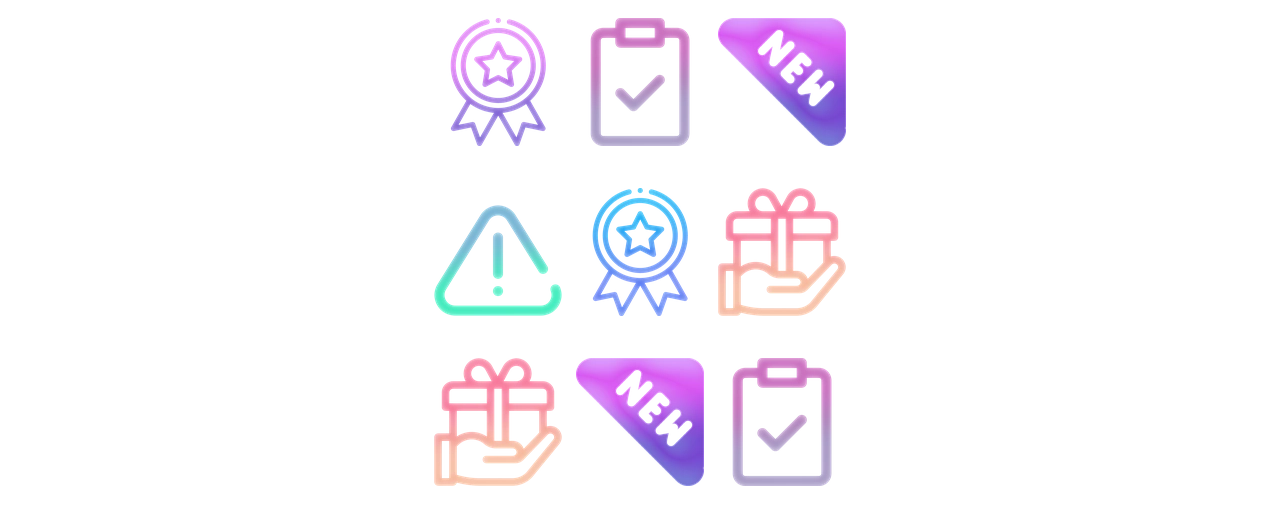
Repository: vichubenzene/-MWin_ui
Page: main.html
An editor plug-in stored every save of this project. The page is shown before and after the next save, followed by the edit.
The browser window is 1280 px wide. The pictures show the whole page.

Above is the page before, as saved 2022-10-10 11:24:19.

### main.html
<!DOCTYPE html>
<html>

<head>
    <style>
        .column {
            float: center;
            padding: 5px;
            min-width: "22vh";
            min-height: "22vh";
        }
        /* Clear floats after image containers */

        .row::after {
            content: "";
            float: center;
            clear: both;
            display: table;
        }
    </style>
</head>

<body>
    <div class="row" style=" text-align: center">
        <div class="column" style=" text-align: center">
            <img src="images/834538140450160661.png" alt="Snow" style="padding: 5px">
            <img src="images/834541394987057242.png" alt="Snow" style="padding: 5px">
            <img src="images/834535415628562442 (1).png" alt="Snow" style=" padding: 5px">
        </div>
    </div>
    <br>
    <div class="row" style=" text-align: center">
        <div class="column" style=" text-align: center">
            <img src="images/834541395074613248.png" alt="Snow" style="padding: 5px">
            <img src="images/834541395930251336.png" alt="Snow" style="padding: 5px">
            <img src="images/834541395749371916.png" alt="Snow" style="padding: 5px">

        </div>
    </div>
    <br>
    <div class="row" style=" text-align: center">
        <div class="column" style=" text-align: center">
            <img src="images/834541395749371916.png" alt="Snow" style="padding: 5px">
            <img src="images/834535415628562442 (1).png" alt="Snow" style="padding: 5px">
            <img src="images/834541394987057242.png" alt="Snow" style="padding: 5px">
        </div>
    </div>


</body>

</html>

After the next save:
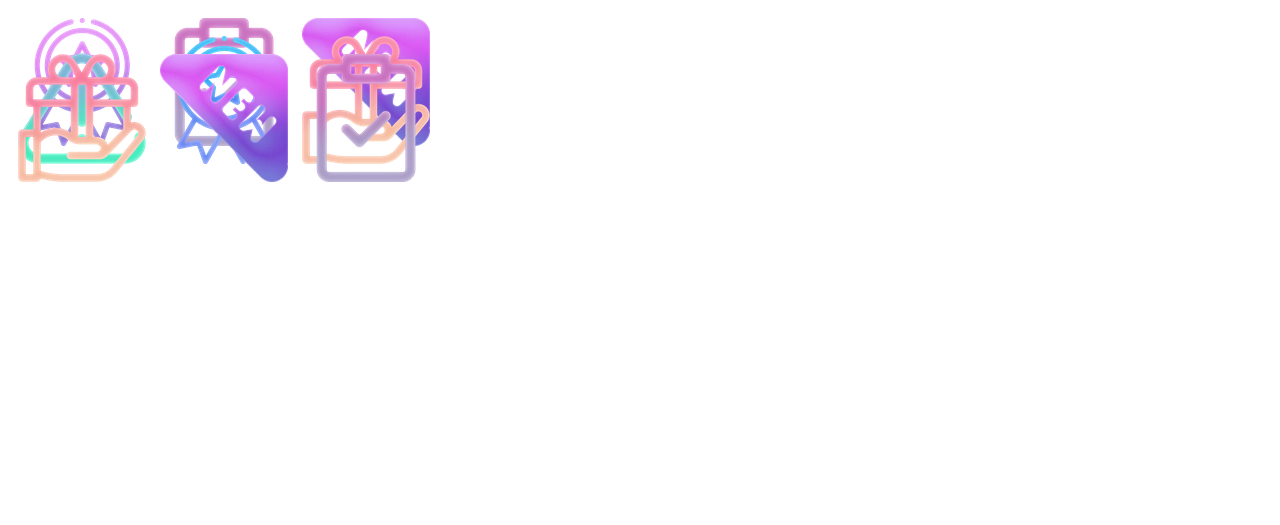
Saved 68 s later.
--- a/main.html
+++ b/main.html
@@ -21,7 +21,7 @@
 </head>
 
 <body>
-    <div class="row" style=" text-align: center">
+    <div class="row" style=" position: absolute;">
         <div class="column" style=" text-align: center">
             <img src="images/834538140450160661.png" alt="Snow" style="padding: 5px">
             <img src="images/834541394987057242.png" alt="Snow" style="padding: 5px">
@@ -29,7 +29,7 @@
         </div>
     </div>
     <br>
-    <div class="row" style=" text-align: center">
+    <div class="row" style=" position: absolute;">
         <div class="column" style=" text-align: center">
             <img src="images/834541395074613248.png" alt="Snow" style="padding: 5px">
             <img src="images/834541395930251336.png" alt="Snow" style="padding: 5px">
@@ -38,7 +38,7 @@
         </div>
     </div>
     <br>
-    <div class="row" style=" text-align: center">
+    <div class="row" style="position: absolute;">
         <div class="column" style=" text-align: center">
             <img src="images/834541395749371916.png" alt="Snow" style="padding: 5px">
             <img src="images/834535415628562442 (1).png" alt="Snow" style="padding: 5px">

After the 2 saves that followed:
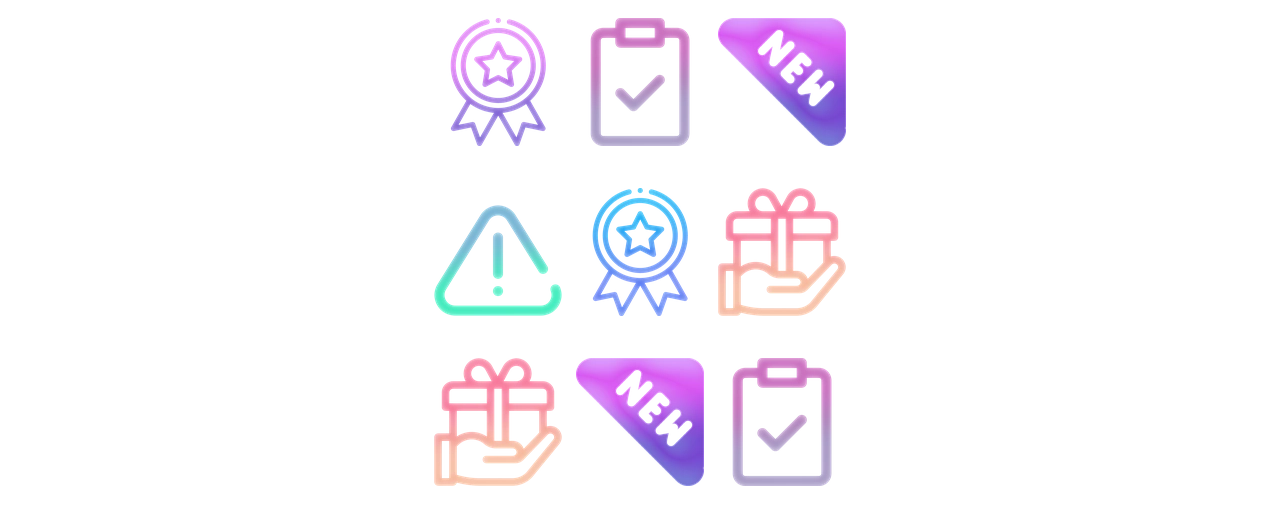
The 2 saves are shown as one change because 1 left the picture as it was.
The last was saved 2 min 2 s later.
--- a/main.html
+++ b/main.html
@@ -21,7 +21,7 @@
 </head>
 
 <body>
-    <div class="row" style=" position: absolute;">
+    <div class="row" style=" text-align: center">
         <div class="column" style=" text-align: center">
             <img src="images/834538140450160661.png" alt="Snow" style="padding: 5px">
             <img src="images/834541394987057242.png" alt="Snow" style="padding: 5px">
@@ -29,7 +29,7 @@
         </div>
     </div>
     <br>
-    <div class="row" style=" position: absolute;">
+    <div class="row" style=" text-align: center">
         <div class="column" style=" text-align: center">
             <img src="images/834541395074613248.png" alt="Snow" style="padding: 5px">
             <img src="images/834541395930251336.png" alt="Snow" style="padding: 5px">
@@ -38,7 +38,7 @@
         </div>
     </div>
     <br>
-    <div class="row" style="position: absolute;">
+    <div class="row" style=" text-align: center">
         <div class="column" style=" text-align: center">
             <img src="images/834541395749371916.png" alt="Snow" style="padding: 5px">
             <img src="images/834535415628562442 (1).png" alt="Snow" style="padding: 5px">
